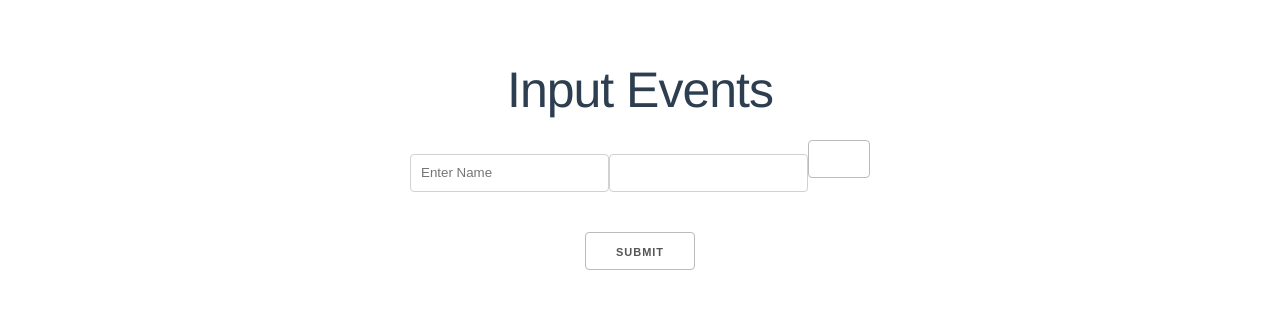
Repository: chsvk/Vue-JS-Course
Page: /
These files come from the project's save history. The page is drawn as it stood at one moment and after the next save; the edit follows.
The browser window is 1280 px wide. The pictures show the whole page.
The project was rebuilt for these pictures with package versions that can differ from the ones it lists, and the page was loaded fresh each time. Also part of the build but not shown: src/components/HelloWorld.vue.

Above is the page before, as saved 2019-03-11 22:46:25.

After the next save:
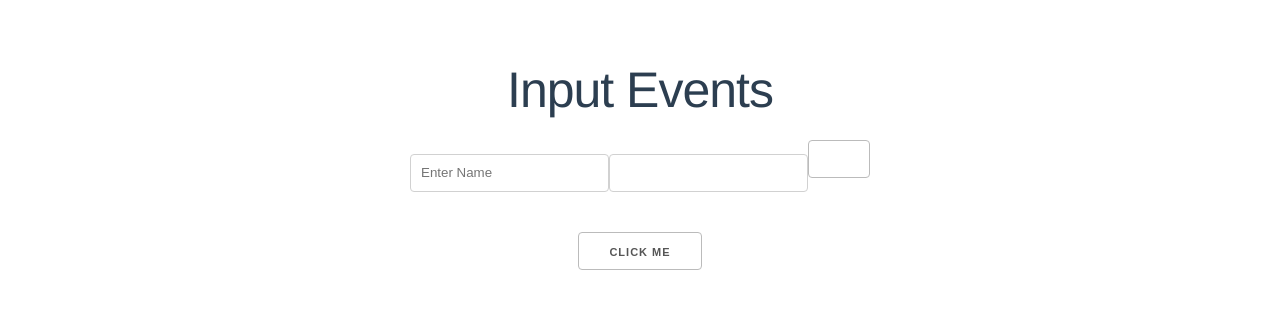
Saved 57 s later.
--- a/src/App.vue
+++ b/src/App.vue
@@ -2,14 +2,12 @@
   <div id="app">
    <h1>Input Events</h1>
 
-   <form @submit="submitPressed()" action="">
+   <form @submit.prevent="submitPressed()" action="">
      <input type="text" @blur="blur()" placeholder="Enter Name" v-model="name">
     <input type="text" @focus="focus()">
     <button type="submit"></button>
    </form>
-   <form @submit.once="submitPressedOnce()" action="">
-     <button type="submit">Submit</button>
-   </form>
+   <button @click="buttonIsClicked()">Click Me</button>
   </div>
 </template>
 
@@ -33,8 +31,8 @@ export default {
     submitPressed(){
       console.log(this.name)
     },
-    submitPressedOnce(){
-      console.log('The second form has been pressed')
+    buttonIsClicked(){
+      console.log('Button Clicked')
     }
   }
 
